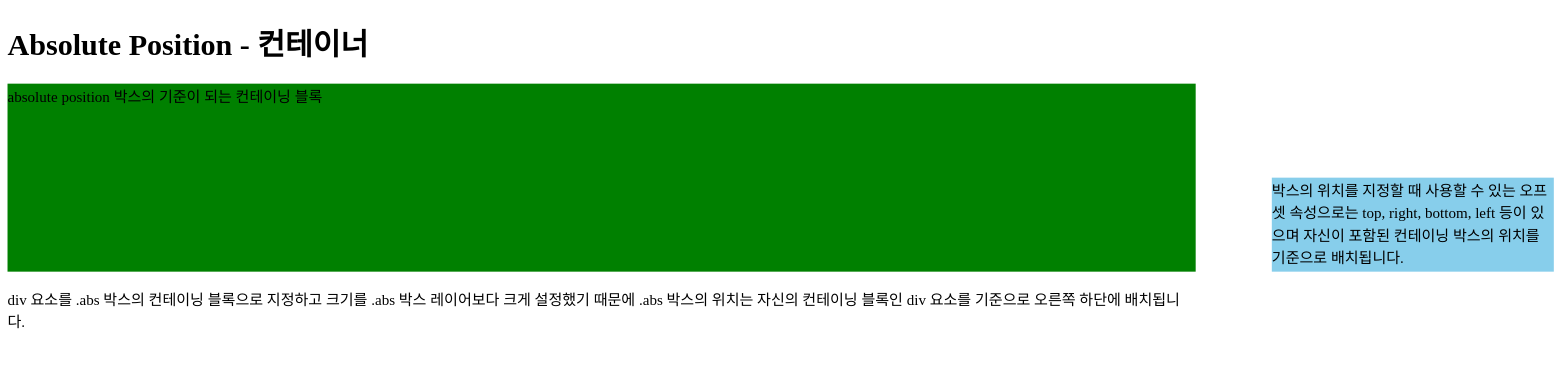
Repository: gus-123/Edu_KCC_HTML
Page: CSS/WebContent/css_exam06.html
An editor plug-in stored every save of this project. The page is shown before and after the next save, followed by the edit.
The browser window is 1280 px wide. The page is 1653 px wide, then 1280 px, so the pictures cover 1653 px, including what lies to the right of the window. The pictures show the whole page, at 94% of full size.

Above is the page before, as saved 2024-07-09 05:42:24.

After the next save:
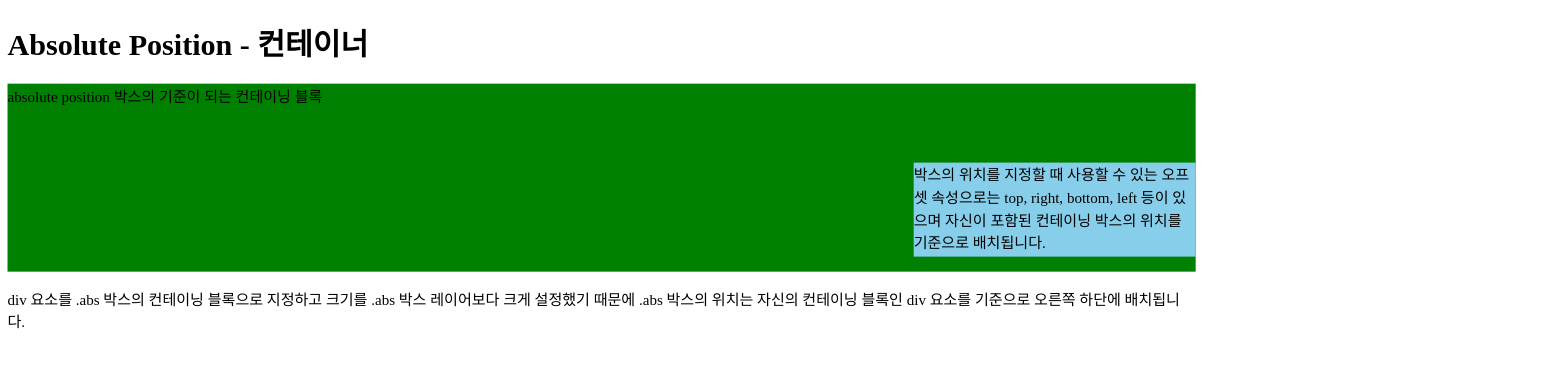
Saved 5 min 28 s later.
--- a/CSS/WebContent/css_exam06.html
+++ b/CSS/WebContent/css_exam06.html
@@ -16,8 +16,8 @@ p.abs {
 	height: 100px;
 	position: absolute;
 	background-color: skyblue;
-	top: 84px;
-	left:1345px;
+	right: 0px;
+	bottom: 0px;
 }
 </style>
 </head>
